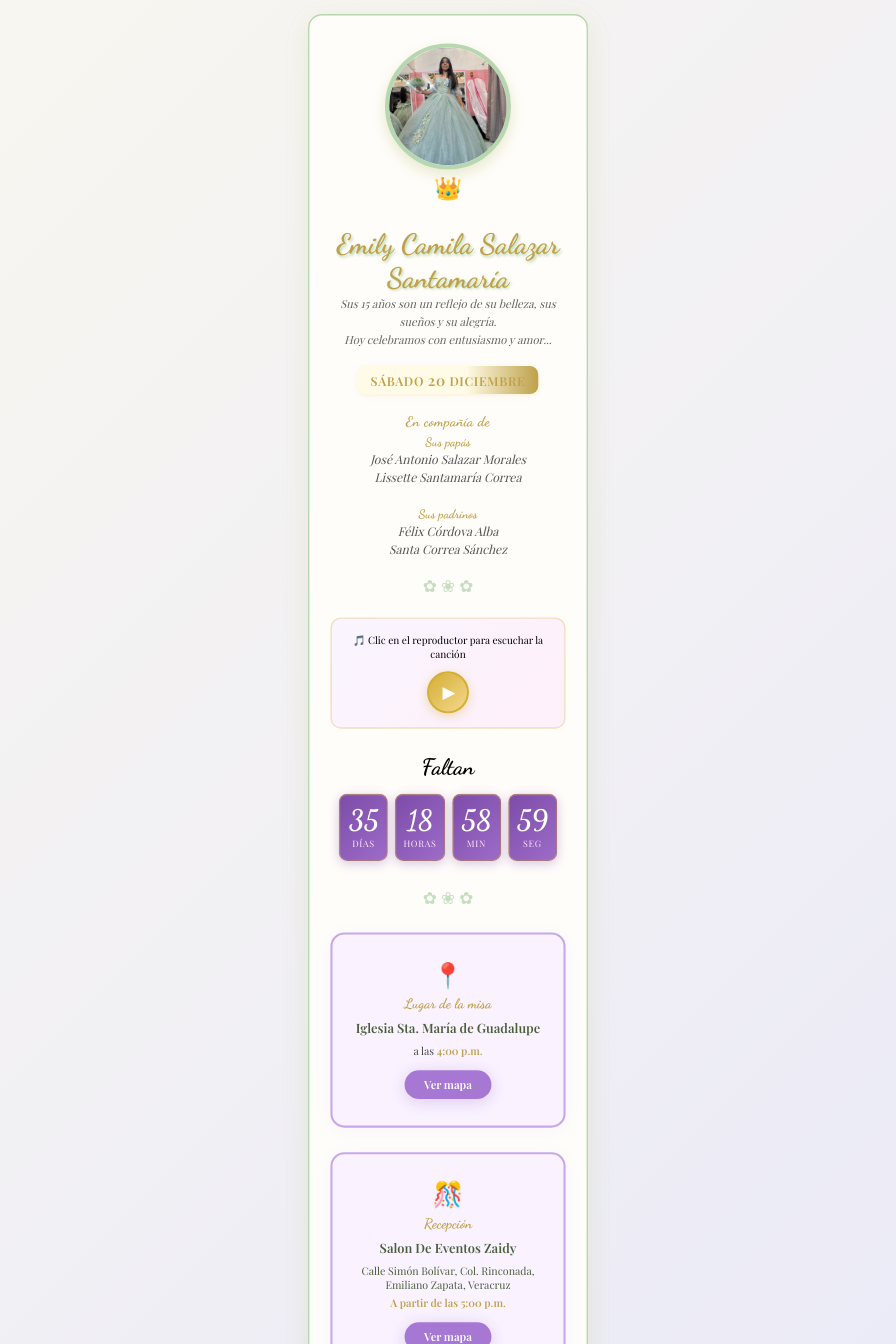
Repository: Jurgt2/InvitacionXvCamila
Page: index.html
An editor plug-in stored every save of this project. The page is shown before and after the next save, followed by the edit.
The browser window is 1280 px wide. The pictures show the part of the page from y = 0 to 1920 px (the page is 3219 px tall), at 70% of full size.
Some web fonts or font styles are not loaded; a fallback is used.

Above is the page before, as saved 2025-11-15 14:17:03.
Console error: TypeError: Cannot read properties of null (reading 'href')

### index.html
<!DOCTYPE html>
<html lang="es">
<head>
    <meta charset="UTF-8">
    <meta name="viewport" content="width=device-width, initial-scale=1.0">
    <title>Mis 15 Años - María Camila</title>

    <!-- Google Fonts -->
    <link rel="preconnect" href="https://fonts.googleapis.com">
    <link rel="preconnect" href="https://fonts.gstatic.com" crossorigin>
    <link href="https://fonts.googleapis.com/css2?family=Dancing+Script:wght@400;700&family=Playfair+Display:ital,wght@0,400;0,600;1,400&display=swap" rel="stylesheet">

    <!-- Estilos personalizados -->
    <link rel="stylesheet" href="style.css">
</head>
<body>
    <!-- Contenedor principal -->
    <div class="container">
    <!-- Encabezado superior eliminado -->
        <!-- 1. Foto circular de la quinceañera -->
        <div class="photo-section">
            <div class="photo-frame">
                <img src="quinceanera.jpg" alt="Emily Camila" class="quinceanera-photo">
            </div>
            <div class="crown-decoration">👑</div>
        </div>
        <!-- 2. Título principal -->
        <h1 class="main-title" style="font-family: 'Dancing Script', cursive; font-size: 2.5rem; font-weight: 700; color: #7d4ba8; text-align: center; margin: 20px 0 0 0;">
            <span style="font-size:2.5rem; color:#bfa14a; font-family: 'Dancing Script', cursive; font-weight: 700;">Emily Camila Salazar Santamaría</span>
        </h1>
        <!-- 3. Subtítulo descriptivo -->
        <p class="subtitle">
            Sus 15 años son un reflejo de su belleza, sus sueños y su alegría.<br>
            Hoy celebramos con entusiasmo y amor...
        </p>
        <!-- Fecha destacada (ahora debajo del texto) -->
        <div class="fecha-xv" style="text-align:center; margin:10px 0 18px 0;">
            <span style="display:inline-block; background:linear-gradient(90deg,#fffbe6 60%,#bfa14a 100%); color:#bfa14a; border-radius:12px; padding:6px 18px; font-size:1.1rem; font-weight:600; letter-spacing:1px; box-shadow:0 2px 8px #f3eac080;">SÁBADO <span style="color:#bfa14a; font-size:1.3rem;">20</span> DICIEMBRE</span>
        </div>
        <!-- Nombres de papás y padrinos (formato elegante) -->
        <div class="familia-xv" style="text-align:center; margin:28px 0 18px 0;">
            <span style="color:#bfa14a; font-size:1.25rem; font-family:'Dancing Script',cursive; font-weight:700; letter-spacing:0.5px; display:block; margin-bottom:6px;">En compañía de</span>
            <div style="display:flex; justify-content:center; align-items:flex-start; gap:32px; flex-wrap:wrap; margin-bottom:6px;">
                <div style="min-width:140px;">
                    <span style="color:#bfa14a; font-size:1.1rem; font-family:'Dancing Script',cursive; font-weight:700; display:block; margin-bottom:2px;">Sus papás</span>
                    <span style="display:block; color:#555; font-size:1.08rem; font-family:'Playfair Display',serif; font-style:italic; margin-bottom:2px;">José Antonio Salazar Morales</span>
                    <span style="display:block; color:#555; font-size:1.08rem; font-family:'Playfair Display',serif; font-style:italic;">Lissette Santamaría Correa</span>
                </div>
                <div style="min-width:140px;">
                    <span style="color:#bfa14a; font-size:1.1rem; font-family:'Dancing Script',cursive; font-weight:700; display:block; margin-bottom:2px;">Sus padrinos</span>
                    <span style="display:block; color:#555; font-size:1.08rem; font-family:'Playfair Display',serif; font-style:italic; margin-bottom:2px;">Félix Córdova Alba</span>
                    <span style="display:block; color:#555; font-size:1.08rem; font-family:'Playfair Display',serif; font-style:italic;">Santa Correa Sánchez</span>
                </div>
            </div>
        </div>
        <!-- Decoración floral -->
        <div class="floral-divider">✿ ❀ ✿</div>

        <!-- 4. Reproductor de música -->
        <div class="music-section">
            <p class="music-instruction">🎵 Clic en el reproductor para escuchar la canción</p>
            <button id="playButton" class="play-button" aria-label="Reproducir música">
                <span id="playIcon">▶</span>
            </button>
            <audio id="audioPlayer" loop>
                <source src="musica.mp3" type="audio/mpeg">
                Tu navegador no soporta el elemento de audio.
            </audio>
        </div>

        <!-- 5. Cuenta regresiva -->
        <div class="countdown-section">
            <h2 class="section-title">Faltan</h2>
            <div class="countdown-container">
                <div class="countdown-box">
                    <div class="countdown-number" id="days">00</div>
                    <div class="countdown-label">Días</div>
                </div>
                <div class="countdown-box">
                    <div class="countdown-number" id="hours">00</div>
                    <div class="countdown-label">Horas</div>
                </div>
                <div class="countdown-box">
                    <div class="countdown-number" id="minutes">00</div>
                    <div class="countdown-label">Min</div>
                </div>
                <div class="countdown-box">
                    <div class="countdown-number" id="seconds">00</div>
                    <div class="countdown-label">Seg</div>
                </div>
            </div>
            <p id="countdownMessage" class="countdown-message"></p>
        </div>

        <!-- Decoración floral -->
        <div class="floral-divider">✿ ❀ ✿</div>

        <!-- 6. Sección LUGAR -->
        <div class="cuadro-misa" style="background: #faf3ff; border: 3px solid #c7a8ea; border-radius: 20px; padding: 32px 18px 38px 18px; margin: 35px 0; text-align: center; box-shadow: 0 4px 24px #e6e6fa55;">
            <div style="font-size:2.2rem; margin-bottom: 8px; color:#bfa14a;">📍</div>
                <div style="font-family: 'Dancing Script', cursive; font-size:1.25rem; color:#bfa14a; margin-bottom: 10px; font-weight: 700;">Lugar de la misa</div>
                <div style="font-family: 'Playfair Display', serif; font-size:1.15rem; color:#4b5e3c; font-weight:700; margin-bottom: 10px;">Iglesia Sta. María de Guadalupe</div>
                <div style="font-size:0.95rem; color:#444; margin-bottom: 18px;">a las <span style="color:#bfa14a; font-weight:700;">4:00 p.m.</span></div>
                <a href="https://maps.app.goo.gl/ystdQ5vSETh3HKnf7" target="_blank" rel="noopener noreferrer" style="display:inline-block; background:#a678d3; color:#fff; font-family:'Playfair Display',serif; font-size:1rem; font-weight:600; border-radius:32px; padding:10px 28px; text-decoration:none; box-shadow:0 4px 24px #a678d355; transition:background 0.2s;">Ver mapa</a>
        </div>

        <!-- 7. Sección RECEPCIÓN -->
        <div class="cuadro-recepcion" style="background: #faf3ff; border: 3px solid #c7a8ea; border-radius: 20px; padding: 32px 18px 38px 18px; margin: 35px 0; text-align: center; box-shadow: 0 4px 24px #e6e6fa55;">
            <div style="font-size:2.2rem; margin-bottom: 8px; color:#bfa14a;">🎊</div>
            <div style="font-family: 'Dancing Script', cursive; font-size:1.25rem; color:#bfa14a; margin-bottom: 10px; font-weight: 700;">Recepción</div>
            <div style="font-family: 'Playfair Display', serif; font-size:1.15rem; color:#4b5e3c; font-weight:700; margin-bottom: 10px;">Salon De Eventos Zaidy</div>
            <div style="font-family: 'Playfair Display', serif; font-size:0.95rem; color:#4b5e3c; margin-bottom: 6px;">Calle Simón Bolívar, Col. Rinconada, Emiliano Zapata, Veracruz</div>
            <div style="font-family: 'Playfair Display', serif; font-size:0.95rem; color:#bfa14a; font-weight:700; margin-bottom: 18px;">A partir de las 5:00 p.m.</div>
            <a href="https://maps.app.goo.gl/BLjvQERLtKDqoa328" target="_blank" rel="noopener noreferrer" style="display:inline-block; background:#a678d3; color:#fff; font-family:'Playfair Display',serif; font-size:1rem; font-weight:600; border-radius:32px; padding:10px 28px; text-decoration:none; box-shadow:0 4px 24px #a678d355; transition:background 0.2s;">Ver mapa</a>
        </div>
        <!-- 8. Sección ITINERARIO -->
        <div class="cuadro-itinerario" style="background: #faf3ff; border: 3px solid #c7a8ea; border-radius: 20px; padding: 32px 18px 38px 18px; margin: 35px 0; text-align: center; box-shadow: 0 4px 24px #e6e6fa55;">
            <div style="font-size:2.2rem; margin-bottom: 8px; color:#bfa14a;">📋</div>
            <div style="font-family: 'Dancing Script', cursive; font-size:1.7rem; color:#bfa14a; margin-bottom: 18px; font-weight: 700;">Itinerario</div>
            <div style="width:100%; max-width:420px; margin:0 auto;">
                <div style="display:flex; align-items:center; justify-content:space-between; padding:12px 0 12px 0; border-bottom:1px solid #e0d3f7;">
                    <span style="font-size:1.3rem; margin-right:10px; color:#bfa14a;">🎉</span>
                    <span style="flex:1; text-align:left; font-family:'Playfair Display',serif; font-size:1.05rem; color:#444;">Recepción</span>
                    <span style="font-family:'Playfair Display',serif; font-size:1.05rem; color:#bfa14a; font-weight:600; min-width:80px; text-align:right;">5:00 pm</span>
                </div>
                <div style="display:flex; align-items:center; justify-content:space-between; padding:12px 0 12px 0; border-bottom:1px solid #e0d3f7;">
                    <span style="font-size:1.3rem; margin-right:10px; color:#bfa14a;">🍽️</span>
                    <span style="flex:1; text-align:left; font-family:'Playfair Display',serif; font-size:1.05rem; color:#444;">Comida</span>
                    <span style="font-family:'Playfair Display',serif; font-size:1.05rem; color:#bfa14a; font-weight:600; min-width:80px; text-align:right;">5:30 pm</span>
                </div>
                <div style="display:flex; align-items:center; justify-content:space-between; padding:12px 0 12px 0; border-bottom:1px solid #e0d3f7;">
                    <span style="font-size:1.3rem; margin-right:10px; color:#bfa14a;">👑</span>
                    <span style="flex:1; text-align:left; font-family:'Playfair Display',serif; font-size:1.05rem; color:#444;">Ingreso de la quinceañera</span>
                    <span style="font-family:'Playfair Display',serif; font-size:1.05rem; color:#bfa14a; font-weight:600; min-width:80px; text-align:right;">5:45 pm</span>
                </div>
                <div style="display:flex; align-items:center; justify-content:space-between; padding:12px 0 12px 0; border-bottom:1px solid #e0d3f7;">
                    <span style="font-size:1.3rem; margin-right:10px; color:#bfa14a;">💃</span>
                    <span style="flex:1; text-align:left; font-family:'Playfair Display',serif; font-size:1.05rem; color:#444;">Protocolo y vals</span>
                    <span style="font-family:'Playfair Display',serif; font-size:1.05rem; color:#bfa14a; font-weight:600; min-width:80px; text-align:right;">8:00 pm</span>
                </div>
                <div style="display:flex; align-items:center; justify-content:space-between; padding:12px 0 12px 0; border-bottom:1px solid #e0d3f7;">
                    <span style="font-size:1.3rem; margin-right:10px; color:#bfa14a;">🥂</span>
                    <span style="flex:1; text-align:left; font-family:'Playfair Display',serif; font-size:1.05rem; color:#444;">Brindis y dedicatoria</span>
                    <span style="font-family:'Playfair Display',serif; font-size:1.05rem; color:#bfa14a; font-weight:600; min-width:80px; text-align:right;">8:30 pm</span>
                </div>
                <div style="display:flex; align-items:center; justify-content:space-between; padding:12px 0 12px 0;">
                    <span style="font-size:1.3rem; margin-right:10px; color:#bfa14a;">🌙</span>
                    <span style="flex:1; text-align:left; font-family:'Playfair Display',serif; font-size:1.05rem; color:#444;">Cierre del evento</span>
                    <span style="font-family:'Playfair Display',serif; font-size:1.05rem; color:#bfa14a; font-weight:600; min-width:80px; text-align:right;">HASTA AMANECER</span>
                </div>
            </div>
        </div>

        <!-- Decoración floral -->
        <div class="floral-divider">✿ ❀ ✿</div>

        <!-- 9. Sección CONFIRMAR ASISTENCIA -->
        <div class="cuadro-rsvp" style="background: #faf3ff; border: 3px solid #f3d37a; border-radius: 20px; padding: 32px 18px 38px 18px; margin: 35px 0; text-align: center; box-shadow: 0 4px 24px #e6e6fa55;">
            <div style="font-size:2.2rem; margin-bottom: 8px; color:#bfa14a;">💌</div>
            <div style="font-family: 'Dancing Script', cursive; font-size:1.7rem; color:#bfa14a; margin-bottom: 18px; font-weight: 700;">Confirmar Asistencia</div>
            <div style="font-family: 'Playfair Display', serif; font-size:1.1rem; color:#888; font-style:italic; margin-bottom: 28px;">Por favor confirmar antes del 12 de noviembre</div>
            <a href="https://wa.me/522791007933?text=Hola%2C%20confirmo%20mi%20asistencia%20a%20los%2015%20a%C3%B1os%20de%20Emily%20Camila.%20%C2%A1Ser%C3%A1%20un%20honor%20acompa%C3%B1arla%20en%20su%20d%C3%ADa%20especial!%20%F0%9F%92%96%F0%9F%8E%89" target="_blank" rel="noopener noreferrer" style="display:inline-block; background:#bfa14a; color:#fff; font-family:'Playfair Display',serif; font-size:1.3rem; font-weight:600; border-radius:32px; padding:14px 44px; text-decoration:none; box-shadow:0 4px 24px #bfa14a55; transition:background 0.2s;">Confirmar aquí</a>
        </div>

        <!-- Footer decorativo -->
        <div class="footer">
            <div style="text-align: center; margin-top: 40px; margin-bottom: 10px;">
                <span style="
                    font-family: 'Dancing Script', cursive;
                    font-size: 2.2rem;
                    color: #bfa14a;
                    font-weight: 400;
                    letter-spacing: 0.5px;
                    display: inline-block;
                    background: none;
                    padding: 0;
                    margin: 0;
                ">¡Será un honor contar con tu presencia!</span>
            </div>
            <div class="floral-divider">✿ ❀ ✿</div>
        </div>

    </div>

    <!-- Script JavaScript -->
    <script src="script.js"></script>
</body>
</html>

### style.css
/* ==========================================
   INVITACIÓN QUINCEAÑERA - DULCE PRIMAVERA
   Tema: Morado, Rosa y Dorado
   ========================================== */

/* Reset y configuración base */
* {
    margin: 0;
    padding: 0;
    box-sizing: border-box;
}

body {
    font-family: 'Playfair Display', serif;
    background: linear-gradient(135deg, #f8f6f0 0%, #e6e6fa 100%);
    min-height: 100vh;
    padding: 20px;
    color: #333;
    overflow-x: hidden;
}

/* Contenedor principal */
.container {
    max-width: 400px;
    margin: 0 auto;
    background: #fffdfa;
    border-radius: 20px;
    padding: 40px 30px;
    box-shadow: 0 10px 40px rgba(183, 215, 176, 0.15), 0 10px 40px rgba(212, 175, 55, 0.08);
    border: 2px solid #b7d7b0;
    position: relative;
}

/* ==========================================
   1. SECCIÓN DE FOTO
   ========================================== */
.photo-section {
    text-align: center;
    margin-bottom: 30px;
    position: relative;
}

.photo-frame {
    width: 180px;
    height: 180px;
    margin: 0 auto;
    border-radius: 50%;
    border: 6px solid #b7d7b0;
    overflow: hidden;
    box-shadow: 0 8px 20px rgba(183, 215, 176, 0.25), 0 8px 20px rgba(212, 175, 55, 0.15);
    position: relative;
}

.quinceanera-photo {
    width: 100%;
    height: 100%;
    object-fit: cover;
}

.crown-decoration {
    font-size: 2rem;
    margin-top: 10px;
    animation: float 3s ease-in-out infinite;
}

@keyframes float {
    0%, 100% { transform: translateY(0); }
    50% { transform: translateY(-10px); }
}

/* ==========================================
   2. TÍTULO PRINCIPAL
   ========================================== */
.main-title {
    font-family: 'Dancing Script', cursive;
    font-size: 3rem;
        color: #7d4ba8;
    text-align: center;
    margin: 20px 0;
    text-shadow: 2px 2px 4px #b7d7b0;
    font-weight: 700;
}

/* ==========================================
   3. SUBTÍTULO
   ========================================== */
.subtitle {
    font-size: 1rem;
    font-style: italic;
    text-align: center;
    color: #666;
    line-height: 1.6;
    margin-bottom: 25px;
    padding: 0 10px;
}

/* ==========================================
   DECORACIONES FLORALES
   ========================================== */
.floral-divider {
    text-align: center;
    font-size: 1.5rem;
    color: #b7d7b0;
    margin: 25px 0;
    opacity: 0.8;
}

/* ==========================================
   4. REPRODUCTOR DE MÚSICA
   ========================================== */
.music-section {
    text-align: center;
    margin: 30px 0;
    padding: 20px;
    background: linear-gradient(135deg, #f9f5ff 0%, #fff0fa 100%);
    border-radius: 15px;
    border: 2px solid rgba(212, 175, 55, 0.3);
}

.music-instruction {
    font-size: 0.9rem;
    color: #000000;
    margin-bottom: 15px;
}

.play-button {
    width: 60px;
    height: 60px;
    border-radius: 50%;
    border: 3px solid #d4af37;
    background: linear-gradient(135deg, #d4af37 0%, #f4d88a 100%);
    color: white;
    font-size: 1.5rem;
    cursor: pointer;
    transition: all 0.3s ease;
    box-shadow: 0 4px 15px rgba(212, 175, 55, 0.4);
    display: flex;
    align-items: center;
    justify-content: center;
    margin: 0 auto;
}

.play-button:hover {
    transform: scale(1.1);
    box-shadow: 0 6px 20px rgba(212, 175, 55, 0.6);
}

.play-button:active {
    transform: scale(0.95);
}

#playIcon {
    display: inline-block;
    margin-left: 3px;
}

/* ==========================================
   5. CUENTA REGRESIVA
   ========================================== */
.countdown-section {
    margin: 35px 0;
    text-align: center;
}

.section-title {
    font-family: 'Dancing Script', cursive;
    font-size: 2rem;
        color: #000000;
    margin-bottom: 20px;
    text-align: center;
}

.countdown-container {
    display: flex;
    justify-content: center;
    gap: 10px;
    flex-wrap: wrap;
}

.countdown-box {
    background: linear-gradient(135deg, #7d4ba8 0%, #9d6bc8 100%);
    border-radius: 12px;
    padding: 15px 10px;
    min-width: 70px;
    box-shadow: 0 4px 15px rgba(125, 75, 168, 0.3);
    border: 2px solid rgba(212, 175, 55, 0.4);
}

.countdown-number {
    font-family: 'Dancing Script', cursive;
    font-size: 2.5rem;
    color: white;
    font-weight: 700;
    line-height: 1;
}

.countdown-label {
    font-size: 0.8rem;
    color: #ffe6ff;
    margin-top: 5px;
    text-transform: uppercase;
    letter-spacing: 1px;
}

.countdown-message {
    margin-top: 20px;
    font-family: 'Dancing Script', cursive;
    font-size: 1.5rem;
    color: #d4af37;
    font-weight: 700;
        color: #666;

/* ==========================================
   6. SECCIÓN LUGAR
   ========================================== */
.location-section {
    text-align: center;
    margin: 35px 0;
    padding: 25px;
    background: #fff;
    border-radius: 15px;
    border: 2.5px solid #d4af37;
    box-shadow: 0 4px 16px rgba(212, 175, 55, 0.10);
}

.location-name {
    font-size: 1.1rem;
        color: #555;
    margin: 15px 0 20px 0;
    font-weight: 600;
}

/* ==========================================
   7. ITINERARIO
   ========================================== */
.itinerary-section {
    margin: 35px 0;
    padding: 25px;
    background: linear-gradient(135deg, #f8f6f0 0%, #e6e6fa 100%);
    border-radius: 15px;
    border: 2px solid #b7d7b0;
    box-shadow: 0 4px 16px rgba(183, 215, 176, 0.10);
}

.itinerary-list {
    list-style: none;
    margin-top: 20px;
}

.itinerary-item {
    display: flex;
    align-items: center;
    padding: 12px 0;
    border-bottom: 1px solid rgba(125, 75, 168, 0.1);
}

.itinerary-item:last-child {
    border-bottom: none;
}

.itinerary-icon {
    font-size: 1.3rem;
    margin-right: 12px;
    min-width: 30px;
}

.itinerary-text {
    flex: 1;
    font-size: 0.95rem;
        color: #555;
}

.itinerary-time {
    font-size: 0.9rem;
    color: #7d4ba8;
    font-weight: 600;
    min-width: 70px;
    text-align: right;
}

/* ==========================================
   8. CONFIRMAR ASISTENCIA
   ========================================== */
.rsvp-section {
    text-align: center;
    margin: 35px 0;
    padding: 25px;
    background: linear-gradient(135deg, #fff0ff 0%, #fffaff 100%);
    border-radius: 15px;
    border: 2px solid rgba(212, 175, 55, 0.3);
}

.rsvp-text {
    font-size: 1rem;
        color: #666;
    margin: 15px 0 20px 0;
    font-style: italic;
}

/* ==========================================
   BOTONES
   ========================================== */
.btn {
    display: inline-block;
    padding: 12px 30px;
    border-radius: 25px;
    text-decoration: none;
    font-size: 1rem;
    font-weight: 600;
    transition: all 0.3s ease;
    cursor: pointer;
    border: none;
    text-align: center;
    font-family: 'Playfair Display', serif;
}

.btn-primary {
    background: linear-gradient(135deg, #7d4ba8 0%, #9d6bc8 100%);
    color: white;
    box-shadow: 0 4px 15px rgba(125, 75, 168, 0.3);
}

.btn-primary:hover {
    transform: scale(1.05);
    box-shadow: 0 6px 20px rgba(125, 75, 168, 0.5);
    background: linear-gradient(135deg, #6a3d92 0%, #8a5ab4 100%);
}

.btn-primary:active {
    transform: scale(0.98);
}

/* ==========================================
   FOOTER
   ========================================== */
.footer {
    text-align: center;
    margin-top: 40px;
    padding-top: 20px;
    border-top: 2px solid rgba(125, 75, 168, 0.1);
}

.footer-text {
    font-family: 'Dancing Script', cursive;
    font-size: 1.3rem;
        color: #7d4ba8;
    margin-bottom: 15px;
}

/* ==========================================
   RESPONSIVE DESIGN
   ========================================== */
@media (max-width: 450px) {
    .container {
        padding: 30px 20px;
    }

    .main-title {
        font-size: 2.5rem;
    }

    .countdown-box {
        min-width: 65px;
        padding: 12px 8px;
    }

    .countdown-number {
        font-size: 2rem;
    }

    .section-title {
        font-size: 1.7rem;
    }

    .itinerary-text {
        font-size: 0.85rem;
    }

    .itinerary-time {
        font-size: 0.8rem;
        min-width: 60px;
    }
}

@media (max-width: 350px) {
    .photo-frame {
        width: 150px;
        height: 150px;
    }

    .main-title {
        font-size: 2.2rem;
    }

    .countdown-container {
        gap: 8px;
    }

    .countdown-box {
        min-width: 60px;
        padding: 10px 5px;
    }

    .countdown-number {
        font-size: 1.8rem;
    }
}

Loaded but not shown: script.js (157 lines, source omitted)

After the next save:
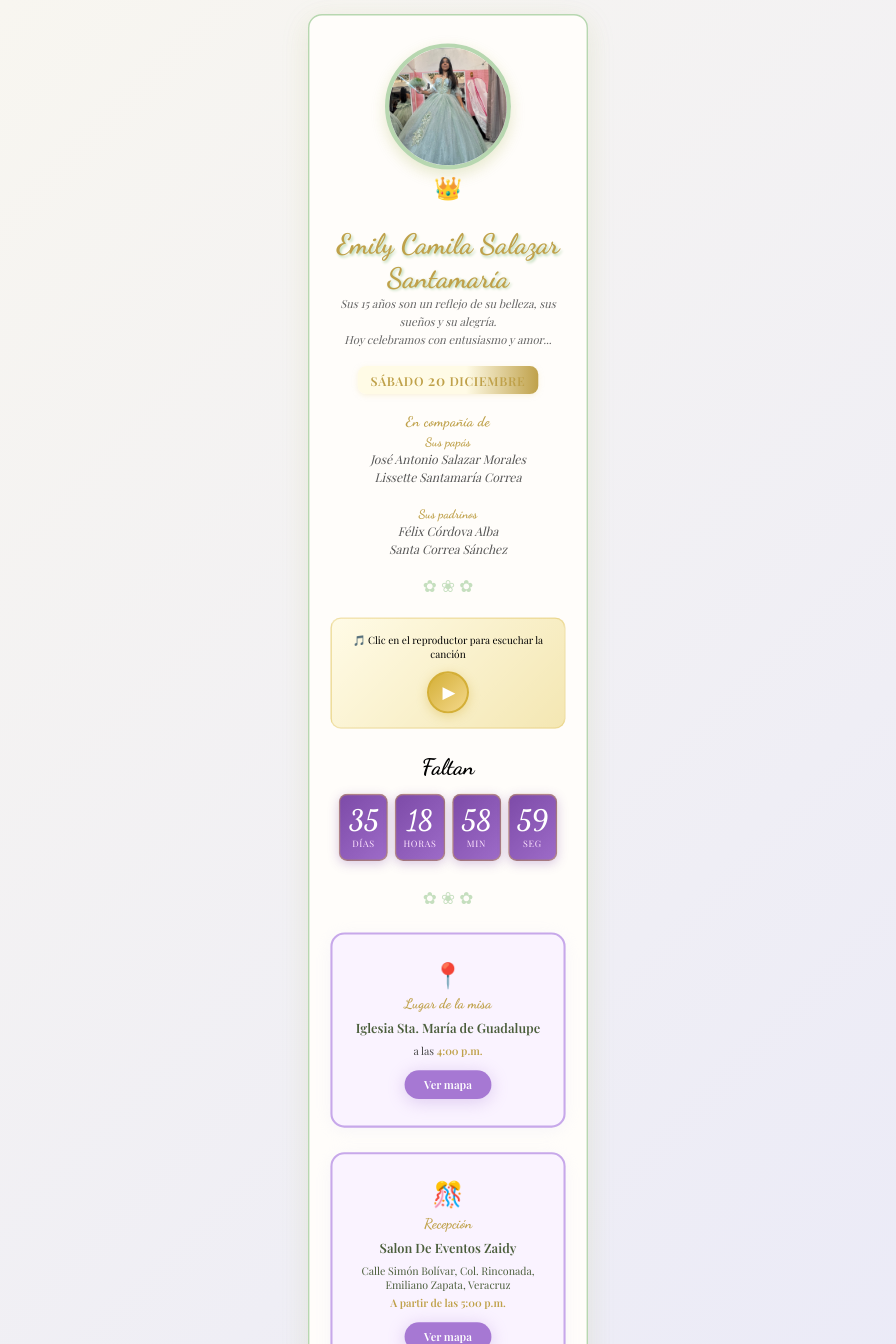
Saved 2 min 29 s later.
--- a/style.css
+++ b/style.css
@@ -112,7 +112,7 @@ body {
     text-align: center;
     margin: 30px 0;
     padding: 20px;
-    background: linear-gradient(135deg, #f9f5ff 0%, #fff0fa 100%);
+    background: linear-gradient(135deg, #fffbe6 0%, #f4e7b3 100%);
     border-radius: 15px;
     border: 2px solid rgba(212, 175, 55, 0.3);
 }
